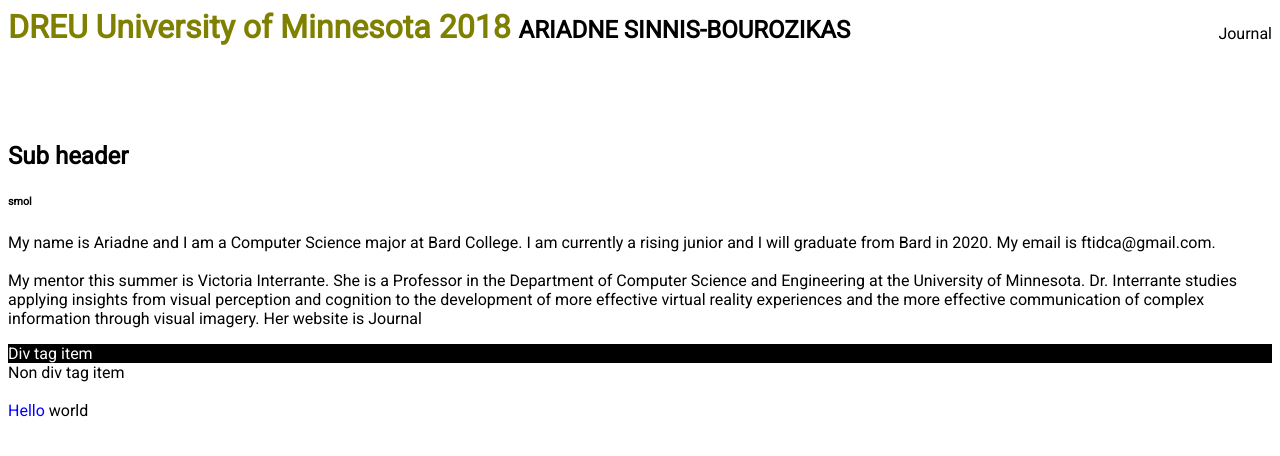
Repository: ariadnesb/dreu2018
Page: index.html
The author's editor kept a record of every edit. The page is drawn from the files as they stood at one moment, then again after the next edit.
The browser window is 1280 px wide. The pictures show the whole page.

Above is the page before.

After the next edit:
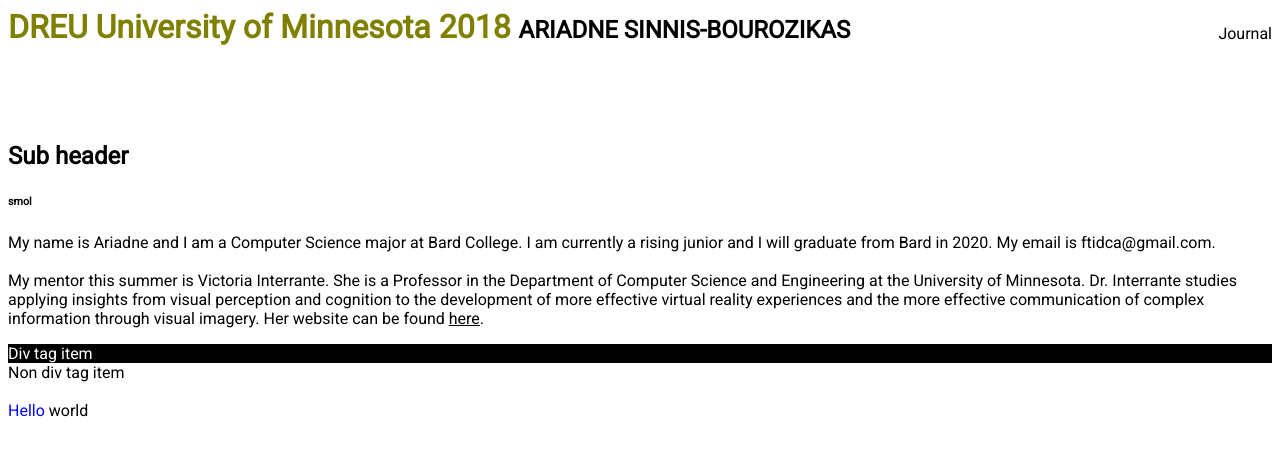
The edit:
--- a/index.html
+++ b/index.html
@@ -29,7 +29,13 @@
         My name is Ariadne and I am a Computer Science major at Bard College. I am currently
         a rising junior and I will graduate from Bard in 2020. My email is ftidca@gmail.com.
         <br><br>
-        My mentor this summer is Victoria Interrante. She is a Professor in the Department of Computer Science and Engineering at the University of Minnesota. Dr. Interrante studies applying insights from visual perception and cognition to the development of more effective virtual reality experiences and the more effective communication of complex information through visual imagery. Her website is <a href="/journal.html">Journal</a>
+        My mentor this summer is Victoria Interrante. She is a Professor in the Department
+        of Computer Science and Engineering at the University of Minnesota. Dr. Interrante
+        studies applying insights from visual perception and cognition to the development
+        of more effective virtual reality experiences and the more effective communication
+        of complex information through visual imagery. Her website can be found
+        <span id="emb_link"><a href="http://www-users.cs.umn.edu/~interran/">here</a></span>.
+
         </p>
 
         <!--- divs and spans can have 1 id but many classes -->
